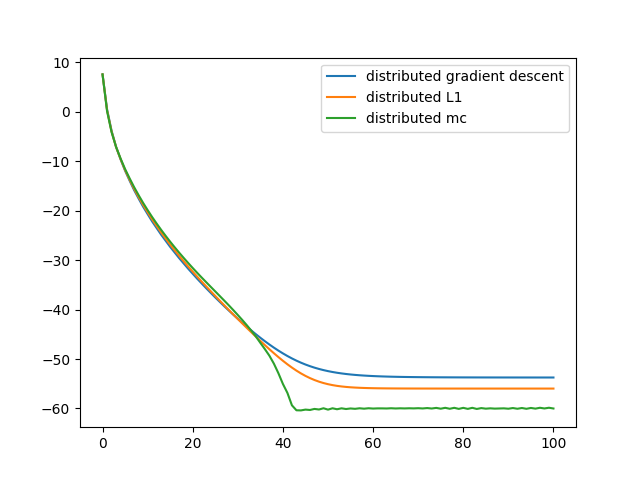
Repository: komuro-zero/distributed-optimization
Script's output: python main_wj_noisyd.py
An editor plug-in stored every save of this project. The script's output is shown before and after the next save, followed by the edit.
Random numbers start from a fixed seed.

Above is the script's output before, as saved 2019-09-24 14:10:19.

### main_wj_noisyd.py
import numpy as np
import matplotlib.pyplot as plt
from numpy.random import *
from modules.distributed_functions_wj import functions


#np.random.seed(0)
class distributed_updates(functions):


    def __init__(self):

        self.N = 30
        self.m = 100
        self.r_i = 40
        self.iteration = 100
        self.sparsity_percentage = 0.2
        self.lamb = 10**-2
        self.eta = 0.23
        self.rho = self.lamb*(20**2)
        if self.lamb/self.rho <= self.eta*self.lamb:
            print("faulty rho")
            exit()

    def make_variables(self):
        """
        w_star,U_all,d_allを返㝙
        """
        w = randn(self.N,1)
        w_star = self.w_star_weakly_sparse_sample(self.N,self.sparsity_percentage)
        print(w_star)
        U_all = randn(self.m,self.N)
        w_star_noise = w_star+randn(self.N,1)/1000
        d_all = np.dot(U_all,w_star_noise)
        L2 = np.dot(w_star.T,w_star)

        return w,w_star,U_all,d_all,L2,w_star_noise

    def run(self):
        w,w_star,U_all,d_all,L2,w_star_noise = self.make_variables()
        c = self.adjacency_matrix(self.m,self.r_i)
        w_all = self.make_w(self.m,self.N)

        #error,wcgd = self.centralized_gradient_descent(U_all,d_all,w,w_star,L2,0.0035,self.iteration)
        #error,wcl1 = self.centralized_L1(U_all,d_all,w,w_star,L2,10**-4,0.0036,self.iteration)
        #error,wcmc = self.centralized_mc(U_all,d_all,w,w_star,L2,5*10**-1,0.0036,5*10**-1*(23.57**2),self.iteration)
        #self.distributed_gradient_descent_wj(U_all,d_all,w_star,L2,self.N,self.m,self.r_i,0.25,self.iteration,c,w_all,wcgd)
        #self.distributed_L1_wj(U_all,d_all,w_star,L2,self.N,self.m,self.r_i,10**-4,0.24,self.iteration,c,w_all,wcl1)
        #self.distributed_mc_wj(U_all,d_all,w_star,L2,self.N,self.m,self.r_i,self.lamb,self.eta,self.rho,self.iteration,c,w_all,wcmc)
        self.distributed_gradient_descent(U_all,d_all,w_star,L2,self.N,self.m,self.r_i,0.25,self.iteration,c,w_all)
        self.distributed_L1(U_all,d_all,w_star,L2,self.N,self.m,self.r_i,10**-4,0.24,self.iteration,c,w_all)
        self.distributed_mc(U_all,d_all,w_star,L2,self.N,self.m,self.r_i,self.lamb,self.eta,self.rho,self.iteration,c,w_all)

        #error = [cgd[-1],cl1,cmc[-1],dgd[-1],dl1[-1],dmc[-1]]
        #return error[-1]#w_star,w_star_noise,wcgd,wcl1,wcmc

"""
    #not completed
    def run_distributed(self):
        w,w_star,U_all,d_all,L2 = self.make_variables()

        lamb_l1 = 9*10**-5
        lamb_mc = 10**-3
        eta_gd = 0.1
        eta_l1 = 0.09
        eta_mc = 0.01

        self.distributed(U_all,d_all,w_star,L2,self.N,self.m,self.r_i,lamb_l1,lamb_mc,eta_gd,eta_l1,eta_mc,self.rho,self.iteration)
"""


if __name__ == "__main__":
    simulation = distributed_updates()
    cgd=cl1=cmc=dgd=dl1=dmc=[]
    for i in range(1):
        simulation.run()
        #cgd.append(error)
        """
        error = simulation.run()
        cgd.append(error[0])
        cl1.append(error[1])
        cmc.append(error[2])
        dgd.append(error[3])
        dl1.append(error[4])
        dmc.append(error[5])

        print("iteration:",i)
        """
    #times = range(len(cgd))

    #print("average:",sum(cgd)/len(cgd),"\n max:",max(cgd))
    #print("w_star:",w_star,"\nwcgd:",wcgd-w_star_noise,"\nwcl1:",wcl1-w_star_noise,"\nwcmc:",wcmc-w_star_noise)
    #plt.bar(times,cgd)
    plt.legend()
    plt.show()

### modules/distributed_functions_wj.py
#functions used in each simulations
import numpy as np
from numpy.random import *
import matplotlib.pyplot as plt

#np.random.seed(0)

class functions():
	def w_star(self,N,sparse_percentage):
		w_star = randn(N,1)     #平均は0
		before_length = len(w_star)
		after_length = before_length
		while (after_length / before_length) > sparse_percentage:
			a = randint(0,N-1)
			w_star[a] = 0
			after_length = len(np.unique(w_star))-1  #重複要素の削除
		return w_star

	def w_star_weakly_sparse(self,N,sparse_percentage):
		w_star = randn(N,1)     #平均は0
		before_length = len(w_star)
		after_length = before_length
		while (after_length / before_length) > sparse_percentage:
			a = randint(0,N-1)
			w_star[a] = 0
			after_length = len(np.unique(w_star))-1  #重複要素の削除
		for i in range(len(w_star)):
			if w_star[i] == 0:
				w_star[i] = 0.001*randn()
		return w_star

	def w_star_weakly_sparse_sample(self,N,sparse_percentage):
		w_star = self.w_star(N,sparse_percentage)
		for i in range(len(w_star)):
			if w_star[i] == 0:
				w_star[i] = 0.0001
			else:
				w_star[i] = 1
		return w_star

	def db(self,x, y):
		db = 10 * np.log10(x / y)
		return db[0][0]

	def adjacency_matrix(self,m,r_i):
		"""
		disjointed example
		a = [1]*r_i
		b = [0]*(m-r_i)
		a.extend(b)
		c = [1]*r_i
		d = [0]*(m-r_i)
		d.extend(c)
		aa = [a]*int(m/2)
		dd = [d]*int(m/2)
		dd.extend(aa)
		result = np.array(dd)
		for i in range(len(result)):
			result[i][i]=1

		"""
		c = np.eye(m)
		for j in range(m):
			counter = 0
			while counter != r_i:
				random_num = np.random.randint(0,m-1)
				if c[j][random_num] != 1:
					c[j][random_num] = 1
					counter += 1
		return c

	def make_w(self,m,N):
		w = randn(N,1).T
		for i in range(m-1):
			w = np.concatenate((w,randn(N,1).T))
		return w

	def centralized_gradient_descent(self,Ut,d,w,w_star,L2,eta,iteration):
		error = [self.db(np.dot((w-w_star).T,w-w_star)[0],L2)]
		times = [0]
		one_error =0
		U = Ut.T
		for i in range(iteration):
			w = w - 2*eta*(np.dot(U,(np.dot(Ut,w)-d)))
			one_error = np.dot((w-w_star).T,w-w_star)[0]
			error.append(self.db(one_error,L2))
			times.append(i+1)
		#plt.plot(times,error,label = "centralized gradient descent")
		return error,w

	def centralized_L1(self,Ut,d,w,w_star,L2,lamb,eta,iteration):
		error = [self.db(np.dot((w-w_star).T,w-w_star)[0],L2)]
		times = [0]
		one_error =0
		U = Ut.T
		for i in range(iteration):
			w = w - 2*eta*(np.dot(U,(np.dot(Ut,w)-d)))
			for j in range(len(w)):
				if w[j] > 0 and lamb < abs(w[j]):
					w[j] -= lamb
				elif w[j] < 0 and lamb < abs(w[j]):
					w[j] += lamb
				else:
					w[j] = 0
			one_error = np.dot((w-w_star).T,w-w_star)[0]
			error.append(self.db(one_error,L2))
			times.append(i+1)
		#exec("plt.plot(times,error,label = 'centralized_L1')")
		return error,w

	def centralized_mc(self,Ut,d,w,w_star,L2,lamb,eta,rho,iteration):
		error = [self.db(np.dot((w-w_star).T,w-w_star)[0],L2)]
		times = [0]
		one_error =0
		U = Ut.T
		for i in range(iteration):
			w = w - 2*eta*(np.dot(U,(np.dot(Ut,w)-d)))
			for j in range(len(w)):
				if abs(w[j]) < eta*lamb:
					w[j] = 0
				elif eta*lamb < abs(w[j]) and abs(w[j]) < lamb/rho:
					w[j] = w[j]*(abs(w[j])-eta*lamb)/(abs(w[j])*(1-eta*rho))
				elif lamb/rho <= abs(w[j]):
					w[j] = w[j]
				else:
					print("banana")
			one_error = np.dot((w-w_star).T,w-w_star)[0]
			error.append(self.db(one_error,L2))
			times.append(i+1)
			one_error = 0
		#plt.plot(times,error,label = "centralized_mc")
		return error,w

	def one_gradient_descent(self,Ut,d,w,eta):
		U = Ut.T
		w = w - 2*eta*((U*(np.dot(Ut,w)-d)))
		return w

	def one_L1(self,Ut,d,w,lamb,eta):
		U = Ut.T
		w = w - 2*eta*((U*(np.dot(Ut,w)-d)))
		for j in range(len(w)):
			if w[j] > 0 and lamb < abs(w[j]):
				w[j] -= lamb
			elif w[j] < 0 and lamb < abs(w[j]):
				w[j] += lamb
			else:
				w[j] = 0
		return w

	def one_mc(self,Ut,d,w,lamb,eta,rho):
		U = Ut.T
		w = w - 2*eta*((U*(np.dot(Ut,w)-d)))
		for j in range(len(w)):
			if abs(w[j]) < eta*lamb:
				w[j] = 0
			elif eta*lamb < abs(w[j]) and abs(w[j]) < lamb/rho:
				w[j] = w[j]*(abs(w[j])-eta*lamb)/(abs(w[j])*(1-eta*rho))
			elif lamb/rho <= abs(w[j]):
				w[j] = w[j]
			else:
				print("banana")
		return w

	def distributed_gradient_descent(self,Ut,d,w_star,L2,N,m,r_i,eta,iteration,c,w_all_f):
		average_error = [0]
		for i in range(1,m+1,1):
			exec("u_%d = Ut[%d]" % (i,i-1))
			exec("d_%d = d[%d][0]" % (i,i-1))
			exec("w_%d = np.reshape(w_all_f[%d],(N,1)).ravel() " % (i,i-1))
			exec("w_next_%d = w_%d" % (i,i))
			exec("error_w_%d = []" % (i))
			exec("one_error_%d =[]" % (i))
			exec("average_error[0] += self.db(np.dot((w_%d-w_star.ravel()).T,w_%d-w_star.ravel()),L2)"%(i,i))
		average_error[0] = average_error[0]/m
		times = [0]
		for i in range(iteration):
			for j in range(1,m+1,1):
				exec("w_%d = self.one_gradient_descent(u_%d,d_%d,w_%d,eta)" % (j,j,j,j))
				exec("w_next_%d = w_%d" % (j,j))
			exec("w_all = [w_next_1]")
			for j in range(2,m+1):
				exec("w_all = np.concatenate((w_all,[w_next_%d]))" %(j))
			exec("average = (1/(r_i+1))*np.dot(c,w_all)")
			for j in range(1,m+1,1):
				exec("w_%d = average[%d]" % (j,j-1))
			for j in range(1,m+1,1):
				exec("one_error_%d = np.dot((w_%d-w_star.ravel()).T,w_%d-w_star.ravel())" % (j,j,j))
				#exec("print(one_error_%d)"%(j))
				exec("error_w_%d.append(self.db(one_error_%d,L2))" % (j,j))
			times.append(i+1)
		for i in range(iteration):
			exec("average_error.append(error_w_1[%d])" % (i))
			for j in range(2,m+1,1):
				exec("average_error[%d] += error_w_%d[%d]" % (i+1,j,i))
			average_error[i+1] = average_error[i+1]/m
		exec("plt.plot(times,average_error,label = 'distributed gradient descent')")
		return average_error

	def distributed_L1(self,Ut,d,w_star,L2,N,m,r_i,lamb,eta,iteration,c,w_all_f):
		average_error = [0]
		for i in range(1,m+1,1):
			exec("u_%d = Ut[%d]" % (i,i-1))
			exec("d_%d = d[%d][0]" % (i,i-1))
			exec("w_%d = np.reshape(w_all_f[%d],(N,1)).ravel() " % (i,i-1))
			exec("w_next_%d = w_%d" % (i,i))
			exec("error_w_%d = []" % (i))
			exec("one_error_%d =[]" % (i))
			exec("average_error[0] += self.db(np.dot((w_%d-w_star.ravel()).T,w_%d-w_star.ravel()),L2)"%(i,i))
		average_error[0] = average_error[0]/m

		times = [0]
		for i in range(iteration):
			for j in range(1,m+1,1):
				exec("w_%d = self.one_L1(u_%d,d_%d,w_%d,lamb,eta)" % (j,j,j,j))
				exec("w_next_%d = w_%d" % (j,j))
			exec("w_all = [w_next_1]")
			for j in range(2,m+1):
				exec("w_all = np.concatenate((w_all,[w_next_%d]))" %(j))
			exec("average = (1/(r_i+1))*np.dot(c,w_all)")
			for j in range(1,m+1,1):
				exec("w_%d = average[%d]" % (j,j-1))
			for j in range(1,m+1,1):
				exec("one_error_%d = np.dot((w_%d-w_star.ravel()).T,w_%d-w_star.ravel())" % (j,j,j))
				exec("error_w_%d.append(self.db(one_error_%d,L2))" % (j,j))
			times.append(i+1)
		for i in range(iteration):
			exec("average_error.append(error_w_1[%d])" % (i))
			for j in range(2,m+1,1):
				exec("average_error[%d] += error_w_%d[%d]" % (i+1,j,i))
			average_error[i+1] = average_error[i+1]/m
		exec("plt.plot(times,average_error,label = 'distributed L1')")
		return average_error

	def distributed_mc(self,Ut,d,w_star,L2,N,m,r_i,lamb,eta,rho,iteration,c,w_all_f):
		average_error = [0]
		for i in range(1,m+1,1):
			exec("u_%d = Ut[%d]" % (i,i-1))
			exec("d_%d = d[%d][0]" % (i,i-1))
			exec("w_%d = np.reshape(w_all_f[%d],(N,1)).ravel() " % (i,i-1))
			exec("w_next_%d = w_%d" % (i,i))
			exec("error_w_%d = []" % (i))
			exec("one_error_%d =[]" % (i))
			exec("average_error[0] += self.db(np.dot((w_%d-w_star.ravel()).T,w_%d-w_star.ravel()),L2)"%(i,i))
		average_error[0] = average_error[0]/m
		times = [0]
		for i in range(iteration):
			for j in range(1,m+1,1):
				exec("w_%d = self.one_mc(u_%d,d_%d,w_%d,lamb,eta,rho)" % (j,j,j,j))
				exec("w_next_%d = w_%d" % (j,j))
			exec("w_all = [w_next_1]")
			for j in range(2,m+1):
				exec("w_all = np.concatenate((w_all,[w_next_%d]))" %(j))
			exec("average = (1/(r_i+1))*np.dot(c,w_all)")
			for j in range(1,m+1,1):
				exec("w_%d = average[%d]" % (j,j-1))
			for j in range(1,m+1,1):
				exec("one_error_%d = np.dot((w_%d-w_star.ravel()).T,w_%d-w_star.ravel())" % (j,j,j))

				exec("error_w_%d.append(self.db(one_error_%d,L2))" % (j,j))
			times.append(i+1)
		for i in range(iteration):
			exec("average_error.append(error_w_1[%d])" % (i))
			for j in range(2,m+1,1):
				exec("average_error[%d] += error_w_%d[%d]" % (i+1,j,i))
			average_error[i+1] = average_error[i+1]/m
		exec("plt.plot(times,average_error,label = 'distributed mc')")
		return average_error

	def distributed_gradient_descent_wj(self,Ut,d,w_star,L2,N,m,r_i,eta,iteration,c,w_all_f,wj):
		average_error = [0]
		L2wj = np.dot(wj.T,wj)
		for i in range(1,m+1,1):
			exec("u_%d = Ut[%d]" % (i,i-1))
			exec("d_%d = d[%d][0]" % (i,i-1))
			exec("w_%d = np.reshape(w_all_f[%d],(N,1)).ravel() " % (i,i-1))
			exec("w_next_%d = w_%d" % (i,i))
			exec("error_w_%d = []" % (i))
			exec("one_error_%d =[]" % (i))
			exec("average_error[0] += self.db(np.dot((w_%d-wj.ravel()).T,w_%d-wj.ravel()),L2wj)"%(i,i))
		average_error[0] = average_error[0]/m
		times = [0]
		for i in range(iteration):
			for j in range(1,m+1,1):
				exec("w_%d = self.one_gradient_descent(u_%d,d_%d,w_%d,eta)" % (j,j,j,j))
				exec("w_next_%d = w_%d" % (j,j))
			exec("w_all = [w_next_1]")
			for j in range(2,m+1):
				exec("w_all = np.concatenate((w_all,[w_next_%d]))" %(j))
			exec("average = (1/(r_i+1))*np.dot(c,w_all)")
			for j in range(1,m+1,1):
				exec("w_%d = average[%d]" % (j,j-1))
			for j in range(1,m+1,1):
				exec("one_error_%d = np.dot((w_%d-wj.ravel()).T,w_%d-wj.ravel())" % (j,j,j))
				#exec("print(one_error_%d)"%(j))
				exec("error_w_%d.append(self.db(one_error_%d,L2wj))" % (j,j))
			times.append(i+1)
		for i in range(iteration):
			exec("average_error.append(error_w_1[%d])" % (i))
			for j in range(2,m+1,1):
				exec("average_error[%d] += error_w_%d[%d]" % (i+1,j,i))
			average_error[i+1] = average_error[i+1]/m
		#exec("plt.plot(times,average_error,label = 'wj distributed gradient descent')")
		return average_error

	def distributed_L1_wj(self,Ut,d,w_star,L2,N,m,r_i,lamb,eta,iteration,c,w_all_f,wj):
		average_error = [0]
		L2wj = np.dot(wj.T,wj)
		for i in range(1,m+1,1):
			exec("u_%d = Ut[%d]" % (i,i-1))
			exec("d_%d = d[%d][0]" % (i,i-1))
			exec("w_%d = np.reshape(w_all_f[%d],(N,1)).ravel() " % (i,i-1))
			exec("w_next_%d = w_%d" % (i,i))
			exec("error_w_%d = []" % (i))
			exec("one_error_%d =[]" % (i))
			exec("average_error[0] += self.db(np.dot((w_%d-wj.ravel()).T,w_%d-wj.ravel()),L2wj)"%(i,i))
		average_error[0] = average_error[0]/m

		times = [0]
		for i in range(iteration):
			for j in range(1,m+1,1):
				exec("w_%d = self.one_L1(u_%d,d_%d,w_%d,lamb,eta)" % (j,j,j,j))
				exec("w_next_%d = w_%d" % (j,j))
			exec("w_all = [w_next_1]")
			for j in range(2,m+1):
				exec("w_all = np.concatenate((w_all,[w_next_%d]))" %(j))
			exec("average = (1/(r_i+1))*np.dot(c,w_all)")
			for j in range(1,m+1,1):
				exec("w_%d = average[%d]" % (j,j-1))
			for j in range(1,m+1,1):
				exec("one_error_%d = np.dot((w_%d-wj.ravel()).T,w_%d-wj.ravel())" % (j,j,j))
				exec("error_w_%d.append(self.db(one_error_%d,L2wj))" % (j,j))
			times.append(i+1)
		for i in range(iteration):
			exec("average_error.append(error_w_1[%d])" % (i))
			for j in range(2,m+1,1):
				exec("average_error[%d] += error_w_%d[%d]" % (i+1,j,i))
			average_error[i+1] = average_error[i+1]/m
		exec("plt.plot(times,average_error,label = 'wj distributed L1')")
		return average_error

	def distributed_mc_wj(self,Ut,d,w_star,L2,N,m,r_i,lamb,eta,rho,iteration,c,w_all_f,wj):
		average_error = [0]
		L2wj = np.dot(wj.T,wj)
		for i in range(1,m+1,1):
			exec("u_%d = Ut[%d]" % (i,i-1))
			exec("d_%d = d[%d][0]" % (i,i-1))
			exec("w_%d = np.reshape(w_all_f[%d],(N,1)).ravel() " % (i,i-1))
			exec("w_next_%d = w_%d" % (i,i))
			exec("error_w_%d = []" % (i))
			exec("one_error_%d =[]" % (i))
			exec("average_error[0] += self.db(np.dot((w_%d-wj.ravel()).T,w_%d-wj.ravel()),L2wj)"%(i,i))
		average_error[0] = average_error[0]/m
		times = [0]
		for i in range(iteration):
			for j in range(1,m+1,1):
				exec("w_%d = self.one_mc(u_%d,d_%d,w_%d,lamb,eta,rho)" % (j,j,j,j))
				exec("w_next_%d = w_%d" % (j,j))
			exec("w_all = [w_next_1]")
			for j in range(2,m+1):
				exec("w_all = np.concatenate((w_all,[w_next_%d]))" %(j))
			exec("average = (1/(r_i+1))*np.dot(c,w_all)")
			for j in range(1,m+1,1):
				exec("w_%d = average[%d]" % (j,j-1))
			for j in range(1,m+1,1):
				exec("one_error_%d = np.dot((w_%d-wj.ravel()).T,w_%d-wj.ravel())" % (j,j,j))

				exec("error_w_%d.append(self.db(one_error_%d,L2wj))" % (j,j))
			times.append(i+1)
		for i in range(iteration):
			exec("average_error.append(error_w_1[%d])" % (i))
			for j in range(2,m+1,1):
				exec("average_error[%d] += error_w_%d[%d]" % (i+1,j,i))
			average_error[i+1] = average_error[i+1]/m
		exec("plt.plot(times,average_error,label = 'wj distributed mc')")
		return average_error

After the next save:
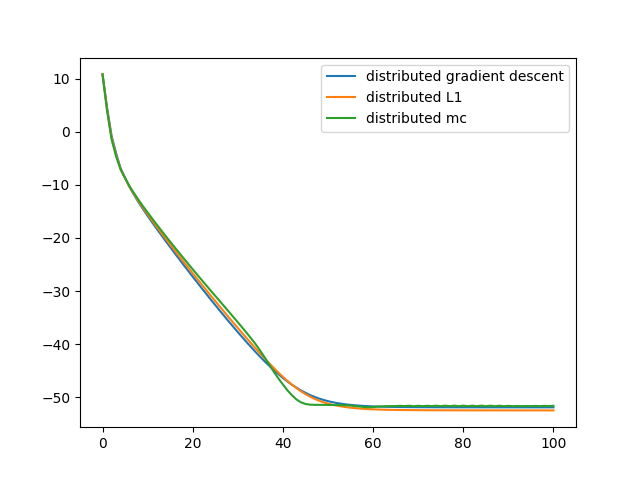
Saved 6 s later.
--- a/main_wj_noisyd.py
+++ b/main_wj_noisyd.py
@@ -27,7 +27,7 @@ class distributed_updates(functions):
         w_star,U_all,d_allを返㝙
         """
         w = randn(self.N,1)
-        w_star = self.w_star_weakly_sparse_sample(self.N,self.sparsity_percentage)
+        w_star = self.w_star_weakly_sparse(self.N,self.sparsity_percentage)
         print(w_star)
         U_all = randn(self.m,self.N)
         w_star_noise = w_star+randn(self.N,1)/1000
